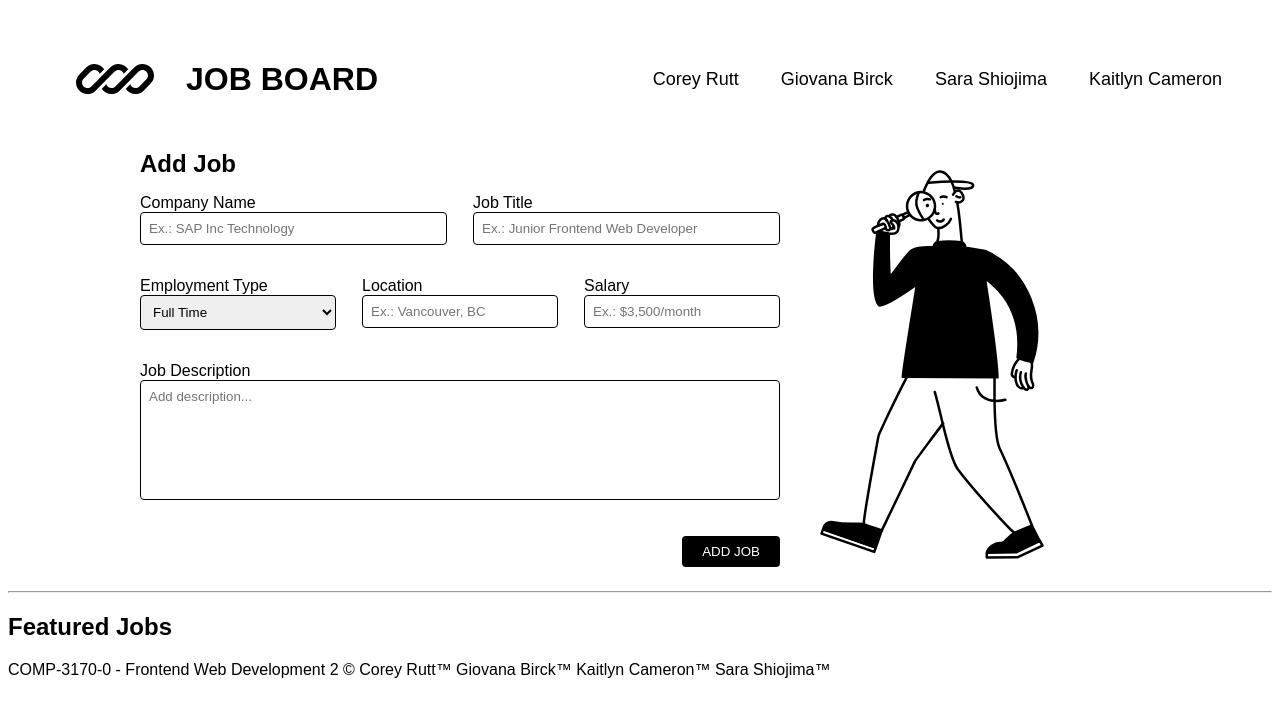
Repository: kcameron37/Final-Project-FrontEnd
Page: /
The author's editor kept a copy of each file at every save. The page is drawn from the files as they stood at one save, then again after the next save.
The browser window is 1280 px wide. The pictures show the whole page.
The project was rebuilt for these pictures with package versions that can differ from the ones it lists, and the page was loaded fresh each time.

Above is the page before, as saved 2023-11-14 21:36:47.

### src/index.js
import { StrictMode } from "react";
import { createRoot } from "react-dom/client";

import App from "./App";
import './styles.css'; // Import your CSS stylesheet

const rootElement = document.getElementById("root");
const root = createRoot(rootElement);

root.render(
  <StrictMode>
    <App />
    <p>COMP-3170-0 - Frontend Web Development 2 &copy; Corey Rutt&trade; Giovana Birck&trade; Kaitlyn Cameron&trade; Sara Shiojima&trade; </p>
  </StrictMode>
);

### src/App.js
import React, { useState } from 'react';

import styles from './styles.css';

import JobList from './components/JobList.js';
import AddJob from './components/AddJob.js';
import NavBar from './components/NavBar.js';


export default function App() {
  const [jobs, setJobs] = useState([]);

  const addJob = (job) => {
    setJobs([...jobs, job]);
  };

  const deleteJob = (index) => {
    const newJobs = jobs.filter((_, idx) => idx !== index);
    setJobs(newJobs);
  };

  return (
    <div className="App">
      <NavBar />
      <AddJob addJob={addJob} />
      <JobList jobs={jobs} deleteJob={deleteJob} />
    </div>
  );
}

### src/styles.css
.App {
  font-family: 'Rubik', sans-serif;
}

/* Add this to your CSS file */
.footer {
  position: fixed;
  color: red;
  left: 0;
  bottom: 0;
  width: 100%;
  text-align: center;
  /* Add any additional styling you want for your footer text */
}

### src/components/JobList.js
import React from 'react';

export default function JobList({ jobs, deleteJob }) {
  return (
    <div>
      <hr />
      <h2>Featured Jobs</h2>
      {
        jobs.map((job, index) => (
          <div key={index} className="job-item">
            <h3>{job.jobTitle}</h3>
            <button onClick={() => console.log('Make Edit Do Something')}>Edit</button>
            <button onClick={() => deleteJob(index)}>Delete</button>
            <p>{job.companyName} • {job.employment} • {job.location} • {job.salary}</p>
            <p>{job.description}</p>
            <hr />
          </div>
        ))
      }
    </div>
  );
}

### src/components/AddJob.js
import React, { useState } from 'react';
import styles from './addJob.module.css';


export default function AddJob({ addJob }) {

    const [job, setJob] = useState({
        companyName: '',
        jobTitle: '',
        employment: 'Full Time',
        location: '',
        salary: '',
        description: ''
    });

    const handleSubmit = (e) => {
        e.preventDefault();
        addJob(job);
        setJob({ companyName: '', jobTitle: '', employment: 'Full Time', location: '', salary: '', description: '' });
    }

    const handleChange = (e) => {
        setJob({ ...job, [e.target.name]: e.target.value });
    };

    return (

        <form onSubmit={handleSubmit} className={styles.container}>
            <div className={styles.form}>
                <h2 className={styles.formTitle}>Add Job</h2>

                <div className={styles.formRow}>
                    <div className={styles.inputContainer}>
                        <label className={styles.inputLabel}>
                            Company Name
                        </label>

                        <input
                            type="text"
                            name="companyName"
                            value={job.companyName}
                            onChange={handleChange}
                            placeholder="Ex.: SAP Inc Technology"
                            className={styles.textInput}
                        />
                    </div>

                    <div className={styles.inputContainer}>
                        <label className={styles.inputLabel}>
                            Job Title
                        </label>

                        <input
                            type="text"
                            name="jobTitle"
                            value={job.jobTitle}
                            onChange={handleChange}
                            placeholder="Ex.: Junior Frontend Web Developer"
                            className={styles.textInput}
                        />
                    </div>
                </div>

                <div className={styles.formRow}>
                    <div className={styles.inputContainer}>
                        <label className={styles.inputLabel}>
                            Employment Type
                        </label>

                        <select
                            name="employment"
                            value={job.employment}
                            onChange={handleChange}
                            className={styles.selectInput}
                        >
                            <option value="Full Time">Full Time</option>
                            <option value="Part Time">Part Time</option>
                        </select>
                    </div>

                    <div className={styles.inputContainer}>
                        <label className={styles.inputLabel}>
                            Location
                        </label>

                        <input
                            type="text"
                            name="location"
                            value={job.location}
                            onChange={handleChange}
                            placeholder="Ex.: Vancouver, BC"
                            className={styles.textInput}
                        />
                    </div>

                    <div className={styles.inputContainer}>
                        <label className={styles.inputLabel}>
                            Salary
                        </label>

                        <input
                            type="text"
                            name="salary"
                            value={job.salary}
                            onChange={handleChange}
                            placeholder="Ex.: $3,500/month"
                            className={styles.textInput}
                        />
                    </div>
                </div>

                <div className={styles.formRow}>
                    <div className={styles.inputContainer}>
                        <label className={styles.inputLabel}>
                            Job Description
                        </label>

                        <textarea
                            name="description"
                            value={job.description}
                            onChange={handleChange}
                            placeholder="Add description..."
                            className={styles.textareaInput}
                        />
                    </div>
                </div>

                <div className={styles.formRow}>
                    <button className={styles.button} type="submit">
                        Add Job
                    </button>
                </div>
            </div>

            <div className={styles.imageWrap}>
                <img className={styles.image} src="/images/man.svg" alt="Logo" />
            </div>
        </form>
    );
}

### src/components/NavBar.js
import React from 'react';
import styles from './navBar.module.css';

export default function NavBar() {
    return (
        <div className={styles.navBar}>
            <div className={styles.logo}>
                <img src="/images/logo.svg" alt="Logo" />
                <h2>JOB BOARD</h2>
            </div>

            <div>
                <button>Corey Rutt</button>
                <button>Giovana Birck</button>
                <button>Sara Shiojima</button>
                <button>Kaitlyn Cameron</button>
            </div>
        </div>
    );
}

### src/components/addJob.module.css
* > * {
    box-sizing: border-box;
    font-family: 'Rubik', sans-serif;
  }

  .container {
    display: flex;
    align-items: center;
    gap: 40px;
    width: 100%;
    max-width: 1000px;
    margin: 0 auto;
  }

  .form {
    display: flex;
    flex-direction: column;
    gap: 16px;
    flex: 2;
  }

  .formTitle {
    margin: 0;
  }

  .formRow {
    display: flex;
    width: 100%;
    gap: 26px;
    padding-bottom: 16px;
  }

  .inputContainer {
    flex: 1;
  }

  .input-label {
    display: block;
    margin-bottom: 8px;
  }

  .textInput {
    width: 100%;
    padding: 8px;
    border-radius: 4px;
    border: 1px solid black;
  }

  .selectInput {
    width: 100%;
    padding: 8px;
    border-radius: 4px;
    border: 1px solid black;
  }

  .textareaInput {
    width: 100%;
    padding: 8px;
    border-radius: 4px;
    border: 1px solid black;
    resize: none;
    height: 120px;
  }

  .button {
    padding: 8px 20px;
    background-color: #000000;
    color: #ffffff;
    border: none;
    border-radius: 4px;
    cursor: pointer;
    text-transform: uppercase;
    margin-left: auto;
  }

  .imageWrap {
    flex: 1;
  }

  .image {
    width: 70%;
  }

### src/components/navBar.module.css
.logo{
  display: flex;
  align-items: center;
  margin-left: 2em;
  padding: 1em;
}

.logo h2 {
  margin-left: 1em;
  font-size: 32px;
}

.navBar {
    background-color: transparent;
    padding: 10px 20px;
    display: flex;
    align-items: center;
    justify-content: space-between;
  }

  .navBar img {
    height: 30px;
  }

  .navBar button {
    background-color: transparent;
    border: none;
    padding: 10px 12px;
    margin-right: 1em;
    cursor: pointer;
    font-size: 18px;
  }

Loaded but not shown: public/index.html (common file)

After the next save:
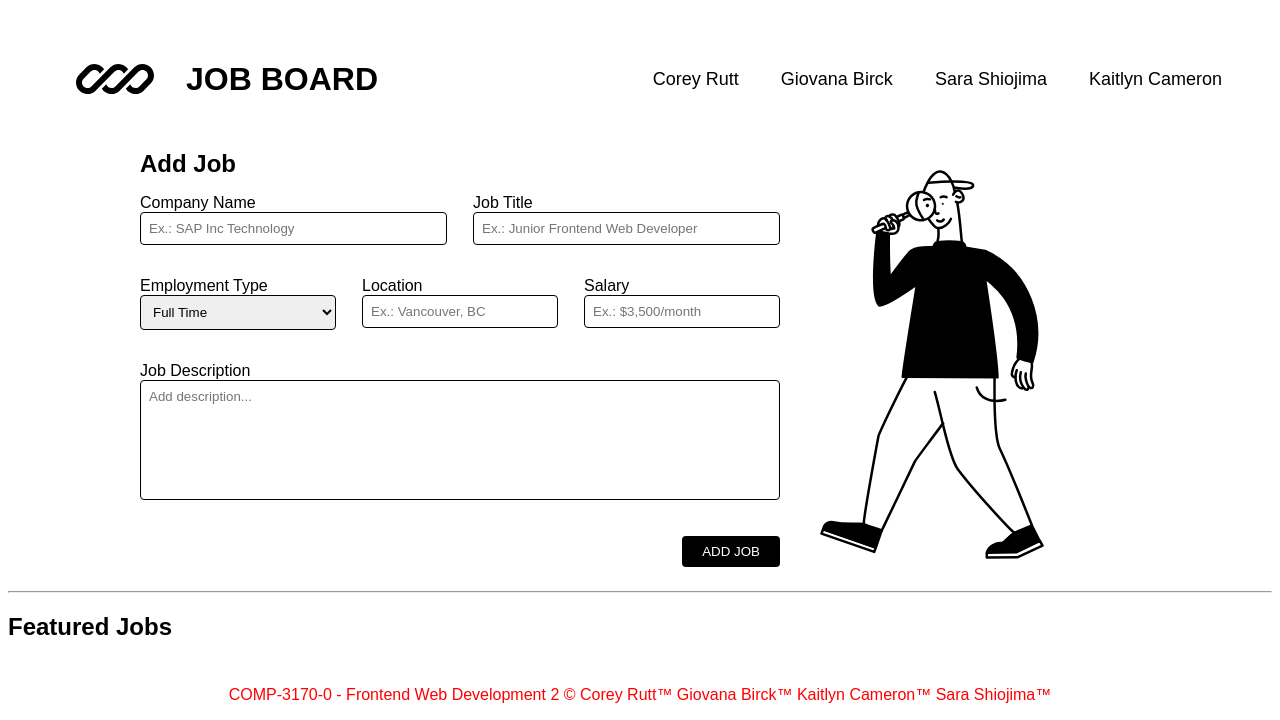
Saved 50 s later.
--- a/src/index.js
+++ b/src/index.js
@@ -10,6 +10,6 @@ const root = createRoot(rootElement);
 root.render(
   <StrictMode>
     <App />
-    <p>COMP-3170-0 - Frontend Web Development 2 &copy; Corey Rutt&trade; Giovana Birck&trade; Kaitlyn Cameron&trade; Sara Shiojima&trade; </p>
+    <p className="footer">COMP-3170-0 - Frontend Web Development 2 &copy; Corey Rutt&trade; Giovana Birck&trade; Kaitlyn Cameron&trade; Sara Shiojima&trade; </p>
   </StrictMode>
 );
